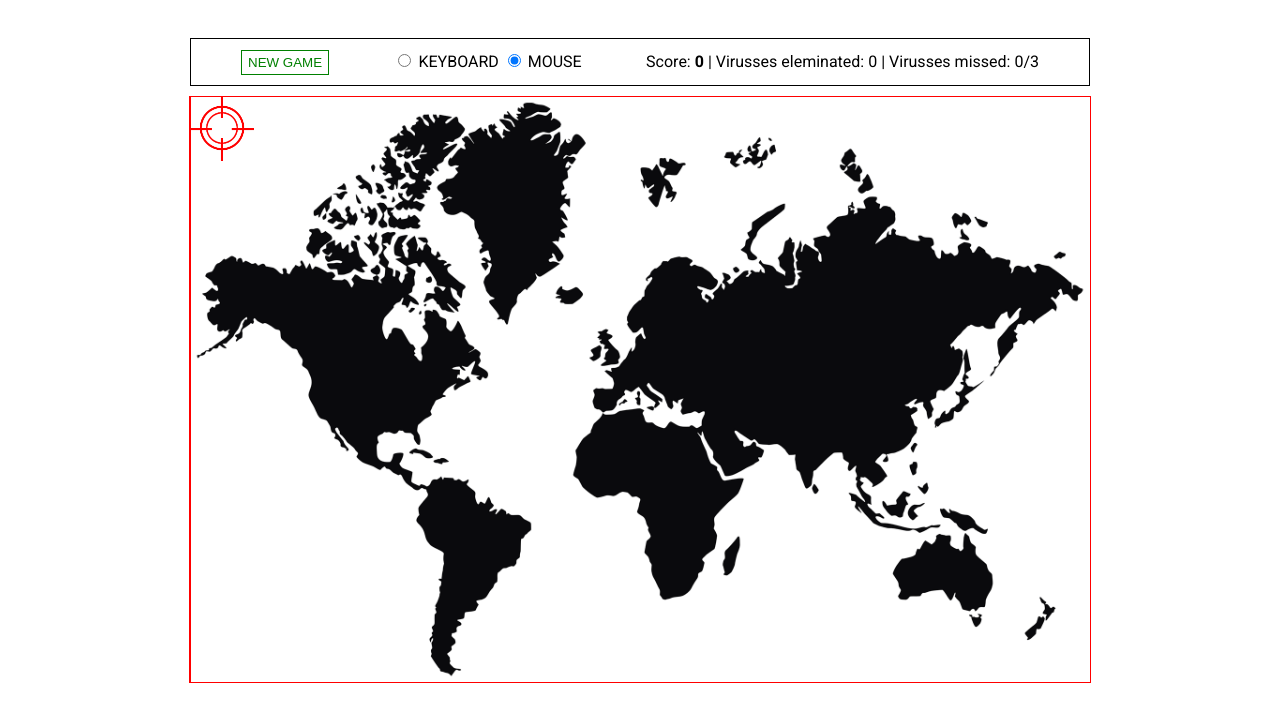
Repository: Baterka/DestroyTheVirus
Page: index.html
These files come from the project's save history. The page is drawn as it stood at one moment and after the next save; the edit follows.
The browser window is 1280 px wide. The pictures show the whole page.

Above is the page before, as saved 2020-03-19 21:45:01.

### index.html
<!DOCTYPE html>
<html lang="en">

<head>
    <meta charset="utf-8">
    <meta http-equiv="X-UA-Compatible" content="IE=edge">
    <title></title>
    <meta name="description" content="">
    <meta name="viewport" content="width=device-width, initial-scale=1">
    <link rel="stylesheet" href="style.css">
</head>

<body onload="game.init()">
    <audio id="successSound">
        <!-- https://freesound.org/people/InspectorJ/sounds/484344/ -->
        <source src="success.wav" type="audio/wav">
    </audio>
    <audio id="failSound">
        <!-- https://freesound.org/people/LorenzoTheGreat/sounds/417794/ -->
        <source src="fail.wav" type="audio/wav">
    </audio>
    <div class="flex-container">
        <div class="flex-row" id="toolbar">
            <div class="col">
                <button id="button_newGame">NEW GAME</button>
            </div>
            <div class="col">
                <input type="radio" id="radio_keyboard" name="input" value="keyboard" onclick="player.changeInput(this);" />
                <label for="radio_keyboard">KEYBOARD</label>
                <input type="radio" id="radio_mouse" name="input" value="mouse" checked onclick="player.changeInput(this);" />
                <label for="radio_mouse">MOUSE</label>
            </div>
            <div class="col scoreboard">
                Score: <b><span id="score">0</span></b> | Virusses eleminated: <span id="eliminated">0</span> | Virusses missed: <span id="missed">0</span>/3
            </div>
        </div>
        <div class="flex-row" id="canvas" ondragstart="return false;" ondrop="return false;">
            <div id="target"></div>
            <div id="virusses">
            </div>
            <div id="gameOver">
                GAME OVER
            </div>
            <div id="deadZone"></div>
        </div>
    </div>
    <script src="./main.js" async defer></script>
</body>

</html>

### style.css
@import url('https://fonts.googleapis.com/css?family=Roboto:400,700&display=swap');
html,
body,
.flex-container {
    font-family: 'Roboto', sans-serif;
    padding: 0;
    margin: 0;
    width: 100%;
    height: 100%;
}

.flex-container {
    display: flex;
    justify-content: center;
    align-items: center;
    flex-direction: column;
}

#canvas {
    z-index: 0;
    cursor: none;
    position: relative;
    width: calc(20px * 45);
    height: calc(13px * 45);
    border: 1px solid red;
    /* https://cz.pinterest.com/pin/298574650280907774/ */
    background-image: url(./world_map.png);
    background-repeat: no-repeat;
    background-size: 100% 100%;
}

#toolbar {
    margin-bottom: 10px;
    width: calc(20px * 45);
    padding: 10px 50px;
    box-sizing: border-box;
    border: 1px solid black;
    display: flex;
    justify-content: space-between;
    align-items: center;
    flex-direction: row;
}

.col {
    display: inline-block;
    vertical-align: middle;
    line-height: 25px;
}

button {
    height: 25px;
    border: 1px solid black;
    background-color: transparent;
    color: black;
}

#button_newGame:disabled {
    height: 25px;
    border: 1px solid gray;
    background-color: transparent;
    color: gray;
}

#button_newGame {
    color: green;
    border: 1px solid green;
}

#target {
    z-index: -1;
    pointer-events: none;
    position: absolute;
    top: 0;
    left: 0;
    width: 64px;
    height: 64px;
    /* https://www.stickpng.com/img/miscellaneous/symbols/red-target */
    background-image: url(./target.png);
    background-repeat: no-repeat;
    background-size: 100% 100%;
}

.virus {
    z-index: -2;
    position: absolute;
    top: 0;
    left: 0;
    width: 46px;
    height: 75px;
    background-image: url(./corona.png);
    background-repeat: no-repeat;
    background-size: 100% 100%;
}

.virus .clickable {
    width: 46px;
    height: 46px;
    border-radius: 46px;
}

#deadZone {
    z-index: 0;
    position: absolute;
    top: 0;
    left: 0;
    bottom: 0;
    background-color: rgba(255, 0, 0, 0.5);
    border-right: 1px solid red;
}

#gameOver {
    z-index: 0;
    display: none;
    height: 100%;
    align-items: center;
    justify-content: center;
    background-color: rgba(0, 0, 0, .9);
    color: red;
    font-weight: bold;
    font-size: 50px;
}

### main.js
const randomNumber = (min, max) => {
    return Math.floor((Math.random() * max) + min);
}

class Game {
    html = document.getElementsByTagName('html')[0];
    canvas = document.getElementById('canvas');
    target = document.getElementById('target');

    _successAudioElem = document.getElementById("successSound");
    _failAudioElem = document.getElementById("failSound");

    _buttonNewGameElem = document.getElementById('button_newGame');

    tps = 60;

    canvasOffset = {
        x: 0,
        y: 0
    }

    targetSize = {
        width: 0,
        height: 0
    }

    mapBoundary = {
        minX: 0,
        minY: 0,
        maxX: 0,
        maxY: 0
    }

    // ENUM: RUNNING, GAMEOVER
    gameState = "GAMEOVER"

    constructor(player, world) {
        this._Player = player;
        this._World = world;
        window.addEventListener("resize", this._debounce(this._onWindowResize.bind(this)));
    }

    /**
     * Called after DOM rendered
     */
    init() {
        const targetRect = this.target.getBoundingClientRect();
        this.targetSize = {
            width: targetRect.width / 2,
            height: targetRect.height / 2
        }

        const canvasRect = this.canvas.getBoundingClientRect();
        this.mapBoundary = {
            minX: 0,
            minY: 0,
            maxX: canvasRect.width - this.targetSize.width * 2,
            maxY: canvasRect.height - this.targetSize.width * 2
        }

        this._onWindowResize();

        setInterval(() => this._tick(), 1000 / this.tps);

        this._buttonNewGameElem.addEventListener("click", e => {
            if (this.gameState !== "RUNNING") {
                this._World.toggleGameOver(true);
                this._Player._Virus.toggleSpawning(true);
                this._buttonNewGameElem.disabled = true;
                this._Player.resetScore()
            }
        });
    }

    /**
     * Game tick
     */
    _tick() {
        let x = (this._Player.pos.x - this.canvasOffset.x);
        let y = (this._Player.pos.y - this.canvasOffset.y);

        // Allow "corner sliding"
        x = (x > this.mapBoundary.minX ? (x < this.mapBoundary.maxX ? x : this.mapBoundary.maxX) : this.mapBoundary.minX)
        y = (y > this.mapBoundary.minY ? (y < this.mapBoundary.maxY ? y : this.mapBoundary.maxY) : this.mapBoundary.minY)

        this.target.style.left = x + "px";
        this.target.style.top = y + "px";
    }

    /**
     * Called on window resize (if not resized for more than 50ms to avoid lag)
     */
    _onWindowResize() {
        this.canvasOffset = {
            x: this.canvas.offsetLeft + this.targetSize.width,
            y: this.canvas.offsetTop + this.targetSize.height
        }
        console.log("Window resized! New cancas offset:", this.canvasOffset);
    }

    /**
     * Used to prevent window resize lag.
     * https://stackoverflow.com/questions/45905160/javascript-on-window-resize-end
     */
    _debounce(endFunc) {
        let timer;
        return event => {
            if (timer) clearTimeout(timer);
            timer = setTimeout(endFunc, 50, event);
        };
    }

    addScore() {
        this._successAudioElem.pause();
        this._successAudioElem.currentTime = 0;
        this._successAudioElem.play();
        this._Player.setScore(1);
    }

    deleteScore() {
        this._failAudioElem.pause();
        this._failAudioElem.currentTime = 0;
        this._failAudioElem.play();
        this._Player.setScore(-1);

        if (this._Player.missed >= this._Player.maxMissed || this._Player.score < 0) {
            this._World.toggleGameOver();
            this._Player._Virus.toggleSpawning(false);
            this.gameState === "GAMEOVER";
            this._buttonNewGameElem.disabled = false;
        }
    }
}

class Player {

    canvas = document.getElementById('canvas');
    _scoreElem = document.getElementById('score');
    _eliminatedElem = document.getElementById('eliminated');
    _missedElem = document.getElementById('missed');

    keyboardSpeed = 10;

    pos = {
        x: 0,
        y: 0
    }

    score = 0;
    eliminated = 0;
    missed = 0;

    maxMissed = 3;

    _Virus = null;

    constructor(radioElem) {
        this.changeInput(radioElem);

        // Start listening to input events
        this._listenToEvents();
    }


    setVirus(virus) {
        this._Virus = virus;
    }

    changeInput(radioElem) {
        if (radioElem.value !== this.radio_input) {
            this.radio_input = radioElem.value;
            console.log("Input type changed to:", this.radio_input);
        }
    }

    resetScore() {
        this.score = 0;
        this.eliminated = 0;
        this.missed = 0;

        this._scoreElem.innerHTML = this.score;
        this._eliminatedElem.innerHTML = this.eliminated;
        this._missedElem.innerHTML = this.missed;
    }

    setScore(add) {
        this.score += add;
        if (add > 0)
            this.eliminated++;
        if (add < 0)
            this.missed++;

        this._scoreElem.innerHTML = this.score;
        this._eliminatedElem.innerHTML = this.eliminated;
        this._missedElem.innerHTML = this.missed;
    }

    _listenToEvents() {
        this.canvas.addEventListener("mousemove", e => {
            if (this.radio_input !== 'mouse')
                return;

            this.pos = { x: e.clientX, y: e.clientY };
        });

        this.canvas.addEventListener("click", e => {
            const parent = e.target.parentElement;
            if (parent.className == 'virus') {
                console.log("Clicked on virus ID:", parent.id);
                if (!this._Virus)
                    return console.error("Virus Manager is not attached. Cannot call onClick action!");
                this._Virus.onClick(parent.id);
            }
        });

        document.addEventListener("keydown", e => {
            if (this.radio_input !== 'keyboard')
                return;

            switch (e.key) {
                case "w":
                    this.pos.y -= this.keyboardSpeed;
                    break;
                case "s":
                    this.pos.y += this.keyboardSpeed;
                    break;
                case "a":
                    this.pos.x -= this.keyboardSpeed;
                    break;
                case "d":
                    this.pos.x += this.keyboardSpeed;
                    break;
                default:
                    console.log("Undefined key pressed:", e.key);
                    break;
            }
        });
    }
}

class Virus {
    _parentElem = document.getElementById('virusses');
    _virusElem = document.createElement("div");

    _list = {};

    _spawningEnabled = false;

    _spawnRate = 2000;

    constructor(game) {
        this._Game = game;
        this._virusElem.className = "virus";
        const clickableElem = document.createElement("div");
        clickableElem.className = "clickable";
        clickableElem.onClick = e => {
            console.log(e);
        }
        this._virusElem.appendChild(clickableElem);

        if (this._spawningEnabled)
            this._spawner();
    }

    _spawner() {
        setTimeout(() => {
            if (!this._spawningEnabled)
                return;
            const x = randomNumber(this._Game.mapBoundary.minX, this._Game.mapBoundary.maxX + 15);
            const y = randomNumber(this._Game.mapBoundary.minY, this._Game.mapBoundary.maxY - 13);
            this.spawn(x, y);
            console.log(this._spawnRate);
            this._spawner();
        }, --this._spawnRate);
    }

    toggleSpawning(enable) {
        this._spawningEnabled = enable;
        console.log("Virus spawning:", enable ? "enabled" : "disabled");
        if (this._spawningEnabled)
            this._spawner();
    }

    spawn(x, y) {
        const virusElem = this._virusElem.cloneNode(true);
        virusElem.style.left = x + "px";
        virusElem.style.top = y + "px";
        virusElem.id = this._list.length;
        this._list[virusElem.id] = virusElem;
        this._parentElem.appendChild(virusElem);
        this._autoHide(virusElem.id);
    }

    _autoHide(id) {
        setTimeout(() => {
            const elem = this._list[id];
            if (!elem)
                return;
            this._Game.deleteScore();
            elem.remove();
            delete this._list[id];
        }, 1000);
    }

    /**
     * Handling clicks on viruses
     */
    onClick(id) {
        if (!this._spawningEnabled)
            return;
        const elem = this._list[id];
        if (!elem)
            return;
        elem.remove();
        this._Game.addScore();
        delete this._list[id];
    }
}

class World {
    _deadZoneElem = document.getElementById("deadZone");
    _gameOverElem = document.getElementById("gameOver");


    constructor() {

    }

    toggleGameOver(hide = false) {
        if (hide === false)
            console.log("GAME OVER!");
        this._gameOverElem.style.display = hide ? "none" : "flex";
    }
}

const world = new World();
const player = new Player(document.querySelector('input[name="input"]:checked'));
const game = new Game(player, world);
const virus = new Virus(game);
player.setVirus(virus);

After the next save:
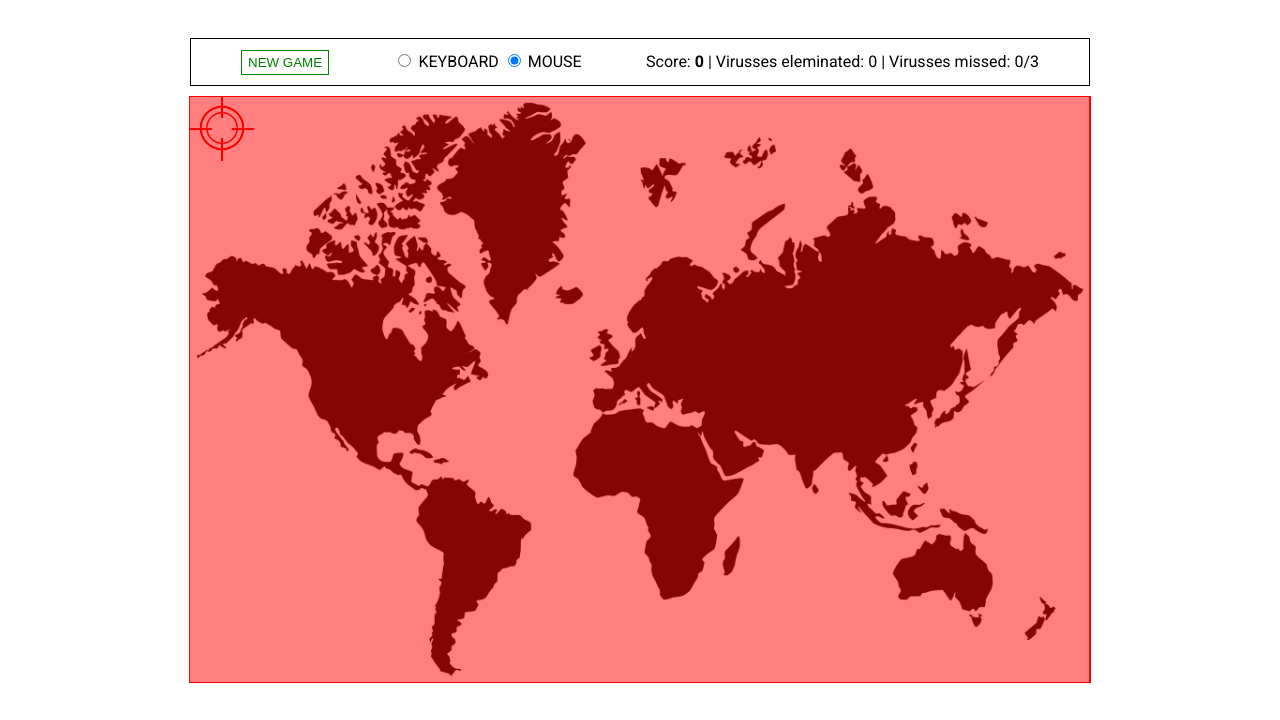
Saved 58 s later.
--- a/style.css
+++ b/style.css
@@ -103,6 +103,7 @@
     position: absolute;
     top: 0;
     left: 0;
+    right: 0;
     bottom: 0;
     background-color: rgba(255, 0, 0, 0.5);
     border-right: 1px solid red;

After the save that followed:
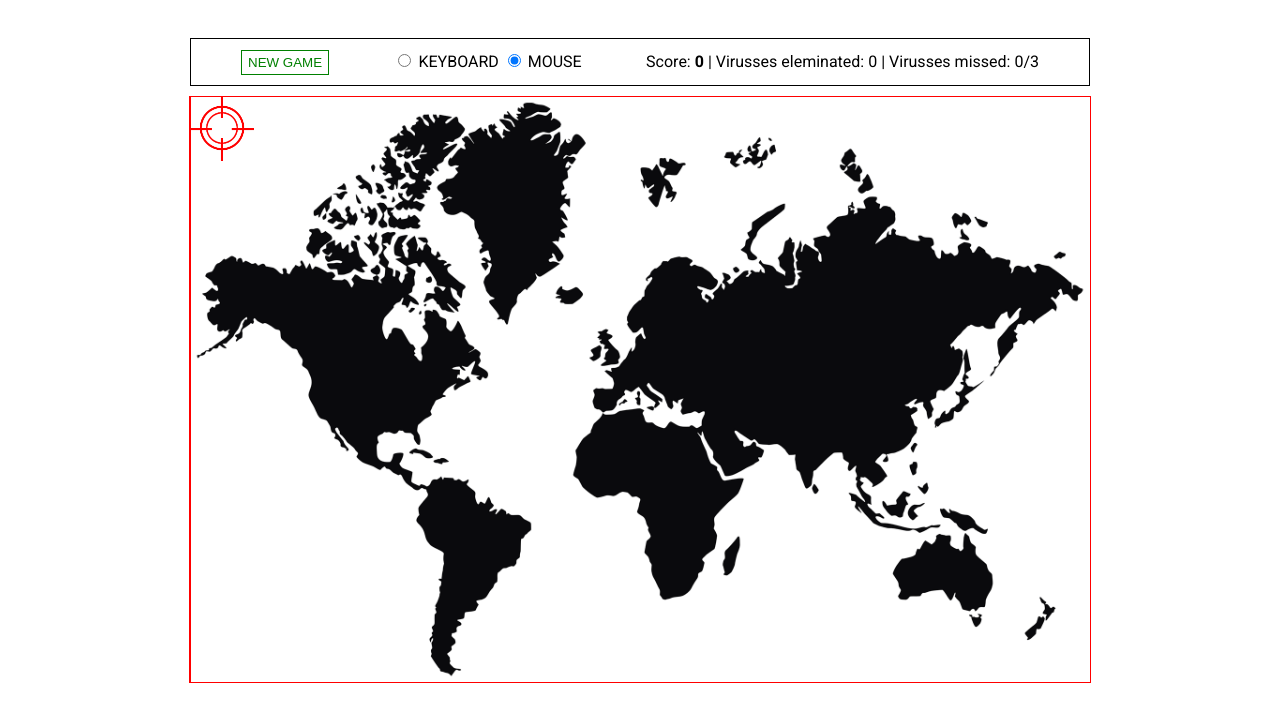
Saved 10 s later.
--- a/style.css
+++ b/style.css
@@ -103,7 +103,7 @@
     position: absolute;
     top: 0;
     left: 0;
-    right: 0;
+    right: 100%;
     bottom: 0;
     background-color: rgba(255, 0, 0, 0.5);
     border-right: 1px solid red;
